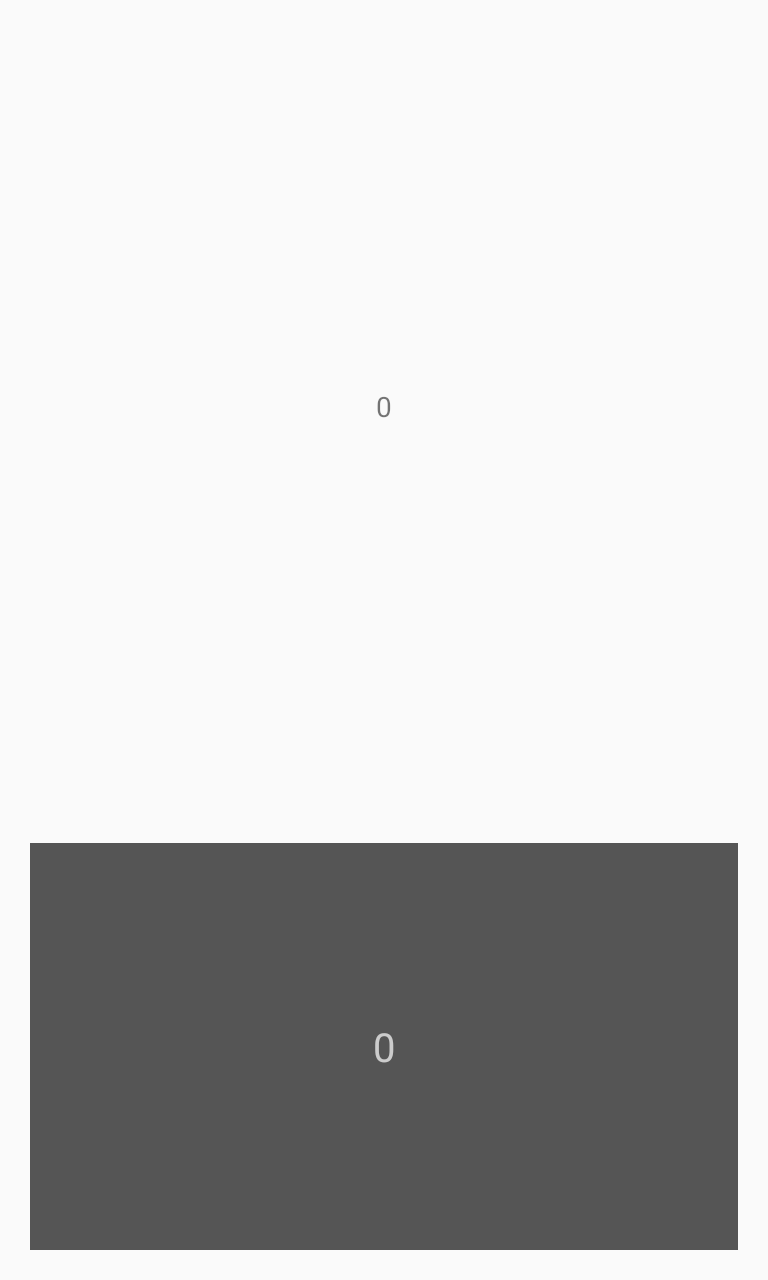
Repository: DaleJulian/Remote-Control
Layout: RemoteControl/res/layout/fragment_remote_control.xml
An editor plug-in stored every save of this project. The layout is shown before and after the next save, followed by the edit.
It is drawn on a 768 x 1280 px phone screen (xhdpi) without system bars, with theme AppTheme; the app's code is not run.

Above is the layout before, as saved 2015-06-02 06:17:56.

### RemoteControl/res/layout/fragment_remote_control.xml
<?xml version="1.0" encoding="utf-8"?>
<TableLayout xmlns:android="http://schemas.android.com/apk/res/android"
    android:id="@+id/fragment_remote_control_table_layout"
    android:layout_width="match_parent"
    android:layout_height="match_parent"
    android:stretchColumns="*" >

    <TextView
        android:id="@+id/fragment_remote_control_selectedTextView"
        android:layout_width="match_parent"
        android:layout_height="0dp"
        android:layout_weight="2"
        android:gravity="center"
        android:text="0"
        android:textStyle="50dp" />

    <TextView
        android:id="@+id/fragment_remote_control_workingTextView"
		android:layout_width="match_parent"
		android:layout_height="0dp"
		android:layout_weight="1"
		android:layout_margin="15dp"
		android:background="#555555"
		android:gravity="center"
		android:text="0"
		android:textColor="#cccccc"
		android:textSize="20dp" />


</TableLayout>

Loaded but not shown: RemoteControl/res/values/styles.xml (common file); RemoteControl/res/values-v11/styles.xml (common file); RemoteControl/res/values-v14/styles.xml (common file)

After the next save:
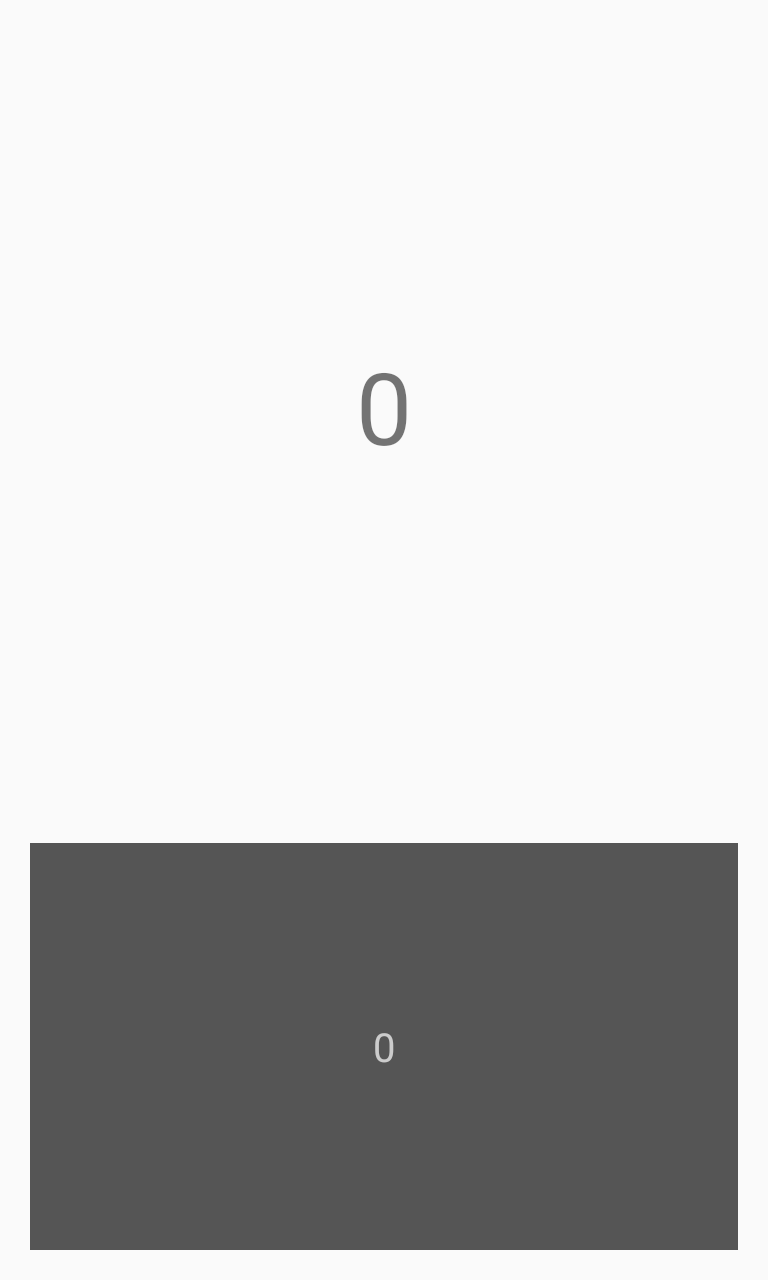
Saved 2 min 55 s later.
--- a/RemoteControl/res/layout/fragment_remote_control.xml
+++ b/RemoteControl/res/layout/fragment_remote_control.xml
@@ -12,7 +12,7 @@
         android:layout_weight="2"
         android:gravity="center"
         android:text="0"
-        android:textStyle="50dp" />
+        android:textSize="50dp" />
 
     <TextView
         android:id="@+id/fragment_remote_control_workingTextView"
